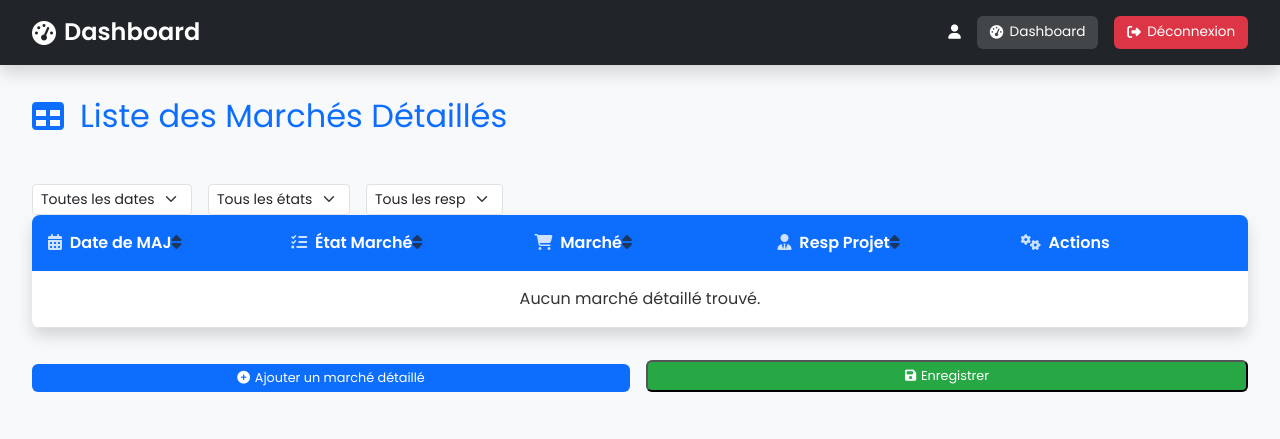
Repository: Andriatiana669/Retour_XP
Page: dashboard/templates/dashboard/liste_marche.html
The author's editor kept a copy of each file at every save. The page is drawn from the files as they stood at one save, then again after the next save.
The browser window is 1280 px wide. The pictures show the whole page.
The page is served by the project's application, run on Django 5.2 (manage.py). Other server files are loaded and not shown. The template is opened directly, without the code that normally fills it, so the values that code supplies are empty.

Above is the page before, as saved 2026-01-07 16:20:22.

### dashboard/templates/dashboard/liste_marche.html
{% extends 'dashboard/base.html' %}
{% load static %}
{% block title %}Marchés – {{ marche_global.nom }}{% endblock %}

{% block extra_css %}
    <link rel="stylesheet" href="{% static 'dashboard/css/liste_marche.css' %}">
{% endblock %}

{% block content %}
<h2><i class="fas fa-table me-2" style="color: var(--primary-color);"></i>
    <span style="color: var(--primary-color);">Liste des Marchés Détaillés</span></h2>

<!-- Barre de filtres -->
<div id="filtersBar" class="filters-bar"></div>

<!-- Tableau -->
<table class="marches-table">
    <thead>
        <tr>
            <th data-type="date"><i class="fas fa-calendar-alt me-1"></i> Date de MAJ</th>
            <th><i class="fas fa-tasks me-1"></i> État Marché</th>
            <th><i class="fas fa-shopping-cart me-1"></i> Marché</th>
            <th><i class="fas fa-user-tie me-1"></i> Resp Projet</th>
            <th><i class="fas fa-cogs me-1"></i> Actions</th>
        </tr>
    </thead>
    <tbody>
        {% for marche in marches_detailles %}
        <tr data-id="{{ marche.id }}">
            <td>{{ marche.date_maj|date:"d/m/Y H:i" }}</td>

            <!-- État modifiable -->
            <td class="etat-cell">
                <form class="etat-inline">
                    {% csrf_token %}
                    <select name="etat" class="etat-select"
                            style="color:{{ marche.etat_affaire.couleur|default:'#6c757d' }};
                                   background:{{ marche.etat_affaire.couleur_fond|default:'#f8f9fa' }};
                                   border-color:{{ marche.etat_affaire.couleur|default:'#ced4da' }};">
                        <option value="">– Non défini –</option>
                        {% for etat in etats %}
                        <option value="{{ etat.id }}"
                                {% if marche.etat_affaire.id == etat.id %}selected{% endif %}
                                style="color:{{ etat.couleur }};background:{{ etat.couleur_fond }};">
                            {{ etat.nom }}
                        </option>
                        {% endfor %}
                    </select>
                    <button type="submit" class="save-etat-btn" title="Actualiser">
                        <i class="fas fa-sync-alt"></i>
                    </button>
                </form>
            </td>

            <td>{{ marche.nom_marche }}</td>
            <td>{{ marche.resp_marche }}</td>

            <!-- Actions -->
            <td>
                <div class="actions-cell">
                    <a href="{% url 'marches:description' marche.id %}" class="btn-voir"><i class="fas fa-eye"></i> </a> <!-- Voir -->
                    <a href="{% url 'dashboard:modifier_marche' marche.id %}" class="btn-voir mod"><i class="fas fa-edit"></i> </a> <!-- Modifier -->
                    <a href="{% url 'dashboard:supprimer_marche' marche.id %}" class="btn-voir del"
                       onclick="return confirm('Supprimer ce marché ?');"><i class="fas fa-trash"></i> </a> <!-- Supprimer -->
                </div>
            </td>
        </tr>
        {% empty %}
        <tr><td colspan="5" class="text-center">Aucun marché détaillé trouvé.</td></tr>
        {% endfor %}
    </tbody>
</table>

<!-- Boutons centrés -->
<div class="center-buttons">
    <a href="{% url 'dashboard:ajouter_marche' marche_global.id %}" class="btn-voir">
        <i class="fas fa-plus-circle"></i> Ajouter un marché détaillé
    </a>
    <button id="saveAllEtats" class="btn-voir save">
        <i class="fas fa-save"></i> Enregistrer
    </button>
</div>
{% endblock %}

{% block extra_js %}
    <script src="{% static 'dashboard/js/liste_marche.js' %}"></script>
{% endblock %}

### dashboard/templates/dashboard/base.html
{% load static %}
<!DOCTYPE html>
<html lang="fr">
<head>
    <meta charset="UTF-8">
    <meta name="viewport" content="width=device-width, initial-scale=1.0">
    <title>{% block title %}Dashboard - Retour XP{% endblock %}</title>

    <!-- Polices et icônes -->
    <link rel="stylesheet" href="https://cdnjs.cloudflare.com/ajax/libs/font-awesome/6.4.0/css/all.min.css">
    <link href="https://fonts.googleapis.com/css2?family=Poppins:wght@300;400;600&display=swap" rel="stylesheet">

    <!-- Bootstrap + CSS global -->
    <link href="https://cdn.jsdelivr.net/npm/bootstrap@5.3.2/dist/css/bootstrap.min.css" rel="stylesheet">
    <link rel="stylesheet" href="{% static 'dashboard/css/dashboard.css' %}">

    {% block extra_css %}{% endblock %}
</head>
<body>
    <!-- HEADER COMMUN -->
    <header>
        <h1><i class="fas fa-tachometer-alt"></i> Dashboard</h1>

        <div class="header-actions">
            <!-- Nom utilisateur -->
            <span class="user-name"><i class="fas fa-user"></i> {{ request.user.username }}</span>

            <!-- Fil d'Ariane (hors page d'accueil) -->
            {% if request.resolver_match.url_name != 'dashboard' %}
            <nav class="breadcrumb-bar">
                <a href="{% url 'dashboard:dashboard' %}" class="btn-nav">
                    <i class="fas fa-tachometer-alt"></i> Dashboard
                </a>
                {% if request.resolver_match.url_name == 'description' %}
                <a href="{% url 'dashboard:liste_marche' object.marche_global.id %}" class="btn-nav">
                    <i class="fas fa-arrow-left"></i> Retour à la liste
                </a>
                {% endif %}
            </nav>
            {% endif %}

            <!-- Déconnexion (rouge) -->
            <a href="{% url 'authentification:logout' %}" class="btn-logout">
                <i class="fas fa-sign-out-alt"></i> Déconnexion
            </a>
        </div>
    </header>

    <!-- CONTENU DES PAGES FILLES -->
    <main>
        {% block content %}{% endblock %}
    </main>

    <!-- JS COMMUN -->
    <script src="https://cdn.jsdelivr.net/npm/bootstrap@5.3.2/dist/js/bootstrap.bundle.min.js"></script>
    {% block extra_js %}{% endblock %}
</body>
</html>

### Retour_XP/urls.py
"""
URL configuration for Retour_XP project.

The `urlpatterns` list routes URLs to views. For more information please see:
    https://docs.djangoproject.com/en/5.2/topics/http/urls/
Examples:
Function views
    1. Add an import:  from my_app import views
    2. Add a URL to urlpatterns:  path('', views.home, name='home')
Class-based views
    1. Add an import:  from other_app.views import Home
    2. Add a URL to urlpatterns:  path('', Home.as_view(), name='home')
Including another URLconf
    1. Import the include() function: from django.urls import include, path
    2. Add a URL to urlpatterns:  path('blog/', include('blog.urls'))
"""
# Retour_XP/urls.py
from django.contrib import admin
from django.urls import path, include
from django.conf import settings
from django.conf.urls.static import static

urlpatterns = [
    path('admin/', admin.site.urls),
    path('', include('authentification.urls')),
    path('dashboard/', include('dashboard.urls')),
    path('marches/', include('marches.urls')),
]

if settings.DEBUG:
    urlpatterns += static(settings.MEDIA_URL, document_root=settings.MEDIA_ROOT)
    urlpatterns += static(settings.STATIC_URL, document_root=settings.STATIC_ROOT)

### authentification/urls.py
# authentification/urls.py
from django.urls import path
from . import views

app_name = 'authentification'

urlpatterns = [
    path('', views.login_view, name='login'),
    path('logout/', views.custom_logout, name='logout'),   # ← nouvelle ligne
]

### dashboard/urls.py
# dashboard/urls.py
from django.urls import path
from . import views

app_name = 'dashboard'

urlpatterns = [
    path('', views.dashboard_view, name='dashboard'),
    path('marche/<int:marche_global_id>/', views.liste_marche_view, name='liste_marche'),
    path('marche/<int:marche_global_id>/ajouter/', views.ajouter_marche_view, name='ajouter_marche'),
    path('marche/change-etat/<int:pk>/', views.change_etat_view, name='change_etat'),
    path('marche/modifier/<int:pk>/', views.modifier_marche_view, name='modifier_marche'),
    path('marche/supprimer/<int:pk>/', views.supprimer_marche_view, name='supprimer_marche'),
]

### marches/urls.py
# marches/urls.py
from django.urls import path
from . import views

app_name = 'marches'

urlpatterns = [
    path('description/<int:marche_detaille_id>/', views.description_view, name='description'),
]

### dashboard/static/dashboard/css/dashboard.css
/* ---------- VARIABLES ---------- */
:root {
    --primary-color: #0d6efd;
    --secondary-color: #6c757d;
    --success-color: #28a745;
    --danger-color: #dc3545;
    --light-color: #f8f9fa;
    --dark-color: #212529;
    --shadow-sm: 0 .125rem .25rem rgba(0,0,0,.075);
    --shadow-md: 0 .5rem 1rem rgba(0,0,0,.15);
    --shadow-lg: 0 1rem 3rem rgba(0,0,0,.175);
    --transition: all .3s ease;
}

/* ---------- BASE ---------- */
body {
    font-family: 'Poppins', 'Segoe UI', Roboto, Arial, sans-serif;
    background: var(--light-color);
    margin: 0;
    padding: 0;
    color: #333;
}

/* ---------- HEADER ---------- */
header {
    background: var(--dark-color);
    color: #fff;
    padding: 1rem 2rem;
    display: flex;
    justify-content: space-between;
    align-items: center;
    box-shadow: var(--shadow-md);
    position: sticky;
    top: 0;
    z-index: 100;
}
header h1 {
    margin: 0;
    font-size: 1.5rem;
    font-weight: 600;
    display: flex;
    align-items: center;
    gap: .5rem;
}

.header-actions {
    display: flex;
    align-items: center;
    gap: 1rem;
}
.user-name {
    font-size: .9rem;
    color: #fff;
    white-space: nowrap;
}

.breadcrumb-bar {
    display: flex;
    gap: .5rem;
}
.btn-nav {
    background: rgba(255,255,255,.15);
    color: #fff;
    padding: .4rem .8rem;
    border-radius: .375rem;
    text-decoration: none;
    font-size: .85rem;
    display: inline-flex;
    align-items: center;
    gap: .4rem;
    transition: background .2s;
}
.btn-nav:hover { background: rgba(255,255,255,.25); }

.btn-logout {
    background: var(--danger-color);
    color: #fff;
    padding: .4rem .8rem;
    border-radius: .375rem;
    text-decoration: none;
    font-size: .85rem;
    display: inline-flex;
    align-items: center;
    gap: .4rem;
    transition: background .2s;
}
.btn-logout:hover { background: #c82333; }

/* ---------- MAIN ---------- */
main {
    padding: 2rem;
    max-width: 1400px;
    margin: 0 auto;
}
main h2 {
    color: var(--dark-color);
    margin-bottom: 1.5rem;
    display: flex;
    align-items: center;
    gap: .5rem;
}

/* ---------- DASHBOARD CONTROLS ---------- */
.dashboard-controls {
    display: flex;
    justify-content: space-between;
    margin-bottom: 1.5rem;
    gap: 1rem;
    flex-wrap: wrap;
}
.search-bar {
    flex: 1;
    min-width: 200px;
}
.search-bar input {
    width: 100%;
    padding: .75rem 1rem;
    border: 1px solid #dee2e6;
    border-radius: .5rem;
    font-size: 1rem;
    transition: var(--transition);
}
.search-bar input:focus {
    border-color: var(--primary-color);
    outline: none;
    box-shadow: 0 0 0 .25rem rgba(13, 110, 253, .25);
}
.filter-options select {
    padding: .75rem 1rem;
    border: 1px solid #dee2e6;
    border-radius: .5rem;
    background: #fff;
    cursor: pointer;
    min-width: 180px;
}

/* ---------- GRILLE ---------- */
.marches-grid {
    display: grid;
    grid-template-columns: repeat(auto-fill, minmax(280px, 1fr));
    gap: 1.5rem;
    margin-top: 1.5rem;
}

/* ---------- CARTE ---------- */
.marche-card {
    background: #fff;
    padding: 1.5rem;
    border-radius: .5rem;
    box-shadow: var(--shadow-sm);
    border: 1px solid #e9ecef;
    display: flex;
    flex-direction: column;
    position: relative;
    overflow: hidden;
    transition: var(--transition);
}
.marche-card::before {
    content: "📊";
    position: absolute;
    top: 1rem;
    right: 1rem;
    font-size: 1.5rem;
    opacity: .1;
    color: var(--primary-color);
}
.marche-card:hover {
    transform: translateY(-5px) scale(1.01);
    box-shadow: var(--shadow-lg);
    border-color: var(--primary-color);
}
.marche-card h3 {
    margin: 0 0 .5rem 0;
    color: var(--primary-color);
    font-weight: 600;
}
.marche-card p {
    color: var(--secondary-color);
    margin: .5rem 0 1rem 0;
    flex-grow: 1;
}
.marche-stats { margin: .5rem 0; }
.projet-count {
    background: var(--success-color);
    color: #fff;
    padding: .25rem .75rem;
    border-radius: 1rem;
    font-size: .875rem;
    font-weight: 600;
    display: inline-flex;
    align-items: center;
    gap: .5rem;
}
.projet-count::before { content: "📦"; }

/* ---------- BOUTON ---------- */
.btn-voir {
    display: inline-flex;
    align-items: center;
    gap: .5rem;
    margin-top: auto;
    padding: .5rem 1rem;
    background: var(--primary-color);
    color: #fff;
    text-decoration: none;
    border-radius: .375rem;
    font-weight: 500;
    transition: var(--transition);
    align-self: flex-start;
}
.btn-voir:hover {
    background: #0b5ed7;
    transform: translateY(-1px);
}

/* ---------- ANIMATION ---------- */
@keyframes fadeIn {
    from { opacity: 0; transform: translateY(10px); }
    to { opacity: 1; transform: translateY(0); }
}
.marche-card { animation: fadeIn .3s ease forwards; }

/* ---------- RESPONSIVE ---------- */
@media (max-width: 768px) {
    .dashboard-controls { flex-direction: column; }
    .marches-grid { grid-template-columns: 1fr; }
}

### dashboard/static/dashboard/css/liste_marche.css
/* ---------- VARIABLES ---------- */
:root {
    --primary-color: #0d6efd;
    --secondary-color: #6c757d;
    --success-color: #28a745;
    --danger-color: #dc3545;
    --light-color: #f8f9fa;
    --dark-color: #212529;
    --shadow-sm: 0 .125rem .25rem rgba(0,0,0,.075);
    --shadow-md: 0 .5rem 1rem rgba(0,0,0,.15);
    --transition: all .3s ease;
    --hover-bg: rgba(13,110,253,.1);
    --border-color: #dee2e6;
}

/* ---------- BASE ---------- */
body {
    font-family: 'Poppins', Arial, sans-serif;
    margin: 0;
    padding: 0;
    background: var(--light-color);
    color: #333;
}

/* ---------- FILTRES ---------- */
.filters-bar {
    display: flex;
    flex-wrap: wrap;
    gap: 1rem;
    margin-bottom: 1.5rem;
    align-items: center;
}
.filters-bar label {
    font-weight: 600;
    font-size: .9rem;
    color: var(--dark-color);
    white-space: nowrap;
}
.filters-bar select {
    min-width: 180px;
    font-size: .85rem;
    padding: .35rem .5rem;
    border: 1px solid var(--border-color);
    border-radius: .25rem;
    background: #fff;
    transition: border-color .2s, box-shadow .2s;
}
.filters-bar select:focus {
    border-color: var(--primary-color);
    box-shadow: 0 0 0 .15rem rgba(13,110,253,.25);
    outline: none;
}

/* ---------- TABLE ---------- */
.marches-table {
    width: 100%;
    background: #fff;
    border-radius: .5rem;
    overflow: hidden;
    box-shadow: var(--shadow-md);
    border-collapse: separate;
    border-spacing: 0;
}
.marches-table thead { display: table; width: 100%; table-layout: fixed; }
.marches-table th {
    background: var(--primary-color);
    color: #fff;
    padding: 1rem;
    text-align: left;
    font-weight: 600;
    cursor: pointer;
    user-select: none;
}
.marches-table th i { color: rgba(255,255,255,.8); }
.marches-table tbody { display: table; width: 100%; table-layout: fixed; }
.marches-table td {
    padding: 1rem;
    border-bottom: 1px solid var(--border-color);
    vertical-align: middle;
}
.marches-table tbody tr:hover { background: var(--hover-bg); }

/* ---------- ACTIONS ---------- */
.actions-cell {
    display: flex;
    gap: .4rem;
    flex-wrap: wrap;
}
/* boutons identiques : même taille + icônes */
.btn-voir {
    flex: 1 1 0;
    min-width: 70px;
    padding: .3rem .5rem;
    font-size: .8rem;
    border-radius: .375rem;
    text-decoration: none;
    color: #fff;
    display: inline-flex;
    align-items: center;
    justify-content: center;
    gap: .3rem;
    transition: var(--transition);
    text-align: center;
}
.btn-voir:hover { transform: translateY(-1px); }

/* couleurs */
.btn-voir.mod { background: var(--secondary-color); }
.btn-voir.del { background: var(--danger-color); }
.btn-voir.save { background: var(--success-color); }

/* ---------- ÉTAT ---------- */
.etat-cell { vertical-align: middle; }
.etat-inline {
    display: flex;
    gap: .25rem;
    align-items: center;
}
.etat-select {
    max-width: 160px;
    font-size: .85rem;
    font-weight: 600;
    border-radius: .25rem;
    padding: .25rem .4rem;
    border: 1px solid;
    transition: var(--transition);
}
.save-etat-btn {
    background: transparent;
    border: none;
    color: var(--primary-color);
    cursor: pointer;
    font-size: .9rem;
    padding: .2rem .4rem;
    border-radius: .25rem;
    transition: background .2s;
}
.save-etat-btn:hover { background: var(--hover-bg); }

/* ---------- BOUTONS CENTRÉS ---------- */
.center-buttons {
    display: flex;
    justify-content: center;
    gap: 1rem;
    margin: 2rem 0;
}

/* ---------- RESPONSIVE ---------- */
@media (max-width: 768px) {
    .marches-table { font-size: .875rem; }
    .marches-table th, .marches-table td { padding: .75rem; }
    .btn-voir { min-width: 60px; font-size: .75rem; }
}

### dashboard/static/dashboard/js/liste_marche.js
/*  dashboard/static/dashboard/js/liste_marche.js  */
document.addEventListener('DOMContentLoaded', () => {
    /* ---------- UTILS ---------- */
    const $ = s => document.querySelector(s);
    const $$ = s => [...document.querySelectorAll(s)];

    const table   = $('.marches-table tbody');
    const rows    = $$('tr[data-id]');
    const csrf    = $('[name=csrfmiddlewaretoken]')?.value;

    /* ---------- TRI ---------- */
    let sortState = {}; // {colIndex: 1|-1}
    $$('thead th').forEach((th, idx) => {
        if (idx > 3) return; // on ne tri que les 4 premières colonnes
        th.style.cursor = 'pointer';
        th.insertAdjacentHTML('beforeend', '<i class="fas fa-sort text-muted sort-icon"></i>');
        th.addEventListener('click', () => {
            const dir = (sortState[idx] || 1) * -1;
            sortState = {[idx]: dir};
            const sorted = [...rows].sort((a, b) => {
                let va = a.cells[idx].textContent.trim();
                let vb = b.cells[idx].textContent.trim();
                if (idx === 0) { // Date de MAJ
                    va = new Date(va.split('/').reverse().join('-'));
                    vb = new Date(vb.split('/').reverse().join('-'));
                }
                return va > vb ? dir : -dir;
            });
            sorted.forEach(r => table.appendChild(r));
        });
    });

    /* ---------- FILTRES ---------- */
    // 1) filtre Date
    const dateFilter = document.createElement('select');
    dateFilter.className = 'form-select form-select-sm d-inline-block w-auto me-3';
    dateFilter.innerHTML = `
        <option value="all">Toutes les dates</option>
        <option value="today">Aujourd'hui</option>
        <option value="week">Cette semaine</option>
        <option value="month">Ce mois</option>`;
    document.querySelector('.marches-table').before(dateFilter);

    // 2) filtre État
    const etatFilter = document.createElement('select');
    etatFilter.className = 'form-select form-select-sm d-inline-block w-auto me-3';
    etatFilter.innerHTML = '<option value="all">Tous les états</option>';
    const etats = [...new Set(rows.map(r => r.querySelector('select[name="etat"] option:checked')?.textContent.trim() || 'Non défini'))];
    etats.sort().forEach(e => etatFilter.innerHTML += `<option value="${e}">${e}</option>`);
    document.querySelector('.marches-table').before(etatFilter);

    // 3) filtre Resp
    const respFilter = document.createElement('select');
    respFilter.className = 'form-select form-select-sm d-inline-block w-auto me-3';
    respFilter.innerHTML = '<option value="all">Tous les resp</option>';
    const resps = [...new Set(rows.map(r => r.cells[3].textContent.trim()))];
    resps.sort().forEach(r => respFilter.innerHTML += `<option value="${r}">${r}</option>`);
    document.querySelector('.marches-table').before(respFilter);

    /* ---------- APPLICATION DES FILTRES ---------- */
    function applyFilters() {
        const dVal = dateFilter.value;
        const eVal = etatFilter.value;
        const rVal = respFilter.value;

        const now = new Date();
        const startOfWeek = new Date(now.setDate(now.getDate() - now.getDay()));
        const startOfMonth = new Date(now.getFullYear(), now.getMonth(), 1);

        rows.forEach(tr => {
            const dateTxt = tr.cells[0].textContent.trim();
            const dateRow = new Date(dateTxt.split('/').reverse().join('-'));
            const etatTxt = tr.querySelector('select[name="etat"] option:checked')?.textContent.trim() || 'Non défini';
            const respTxt = tr.cells[3].textContent.trim();

            let okDate = dVal === 'all' ||
                (dVal === 'today' && dateRow.toDateString() === new Date().toDateString()) ||
                (dVal === 'week' && dateRow >= startOfWeek) ||
                (dVal === 'month' && dateRow >= startOfMonth);

            let okEtat = eVal === 'all' || etatTxt === eVal;
            let okResp = rVal === 'all' || respTxt === rVal;

            tr.style.display = (okDate && okEtat && okResp) ? '' : 'none';
        });
    }
    dateFilter.addEventListener('change', applyFilters);
    etatFilter.addEventListener('change', applyFilters);
    respFilter.addEventListener('change', applyFilters);

    /* ---------- SAUVEGARDE RAPIDE DES ÉTATS ---------- */
    const saveBtn = $('#saveAllEtats');
    if (saveBtn) {
        saveBtn.addEventListener('click', async () => {
            let okCount = 0;
            for (const tr of rows) {
                if (tr.style.display === 'none') continue; // on ignore les lignes cachées
                const id = tr.dataset.id;
                const etatId = tr.querySelector('select[name="etat"]').value;
                try {
                    const resp = await fetch(`/dashboard/marche/change-etat/${id}/`, {
                        method: 'POST',
                        headers: {'X-CSRFToken': csrf, 'Content-Type': 'application/json'},
                        body: JSON.stringify({etat: etatId})
                    });
                    if (resp.ok) okCount++;
                } catch (e) { console.error(e); }
            }
            alert(`${okCount} état(s) mis à jour`);
            location.reload();
        });
    }
});

After the next save:
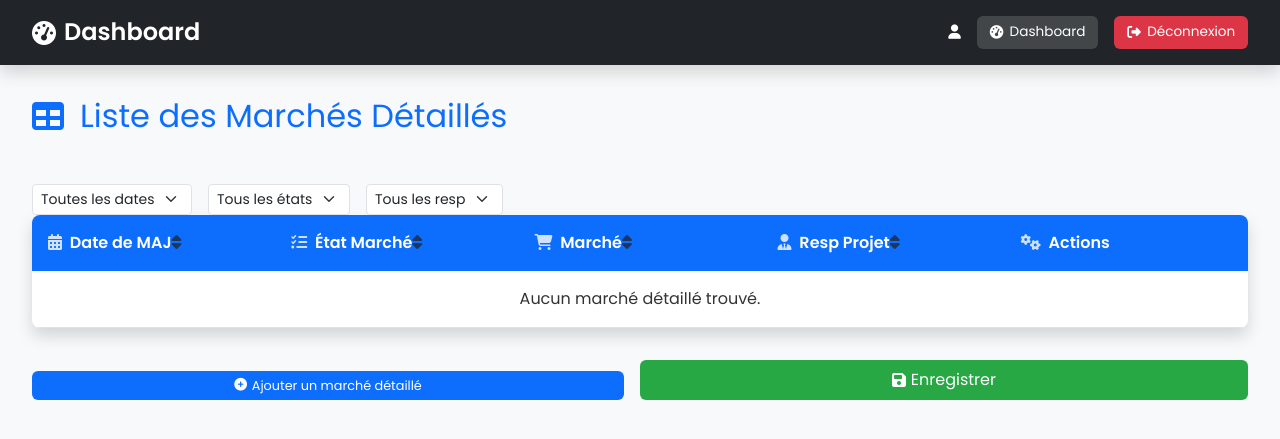
Saved 2 min 2 s later.
--- a/dashboard/static/dashboard/css/liste_marche.css
+++ b/dashboard/static/dashboard/css/liste_marche.css
@@ -145,6 +145,14 @@ body {
     margin: 2rem 0;
 }
 
+/* bouton « Enregistrer » : même taille qu’« Ajouter » + pas de bordure */
+.center-buttons .btn-voir.save {
+    border: none;                       /* ← plus de bordure */
+    min-width: auto;                    /* ← même largeur que le voisin */
+    padding: .5rem 1rem;                /* ← même padding que « Ajouter » */
+    font-size: 1rem;                    /* ← même taille de texte */
+}
+
 /* ---------- RESPONSIVE ---------- */
 @media (max-width: 768px) {
     .marches-table { font-size: .875rem; }
